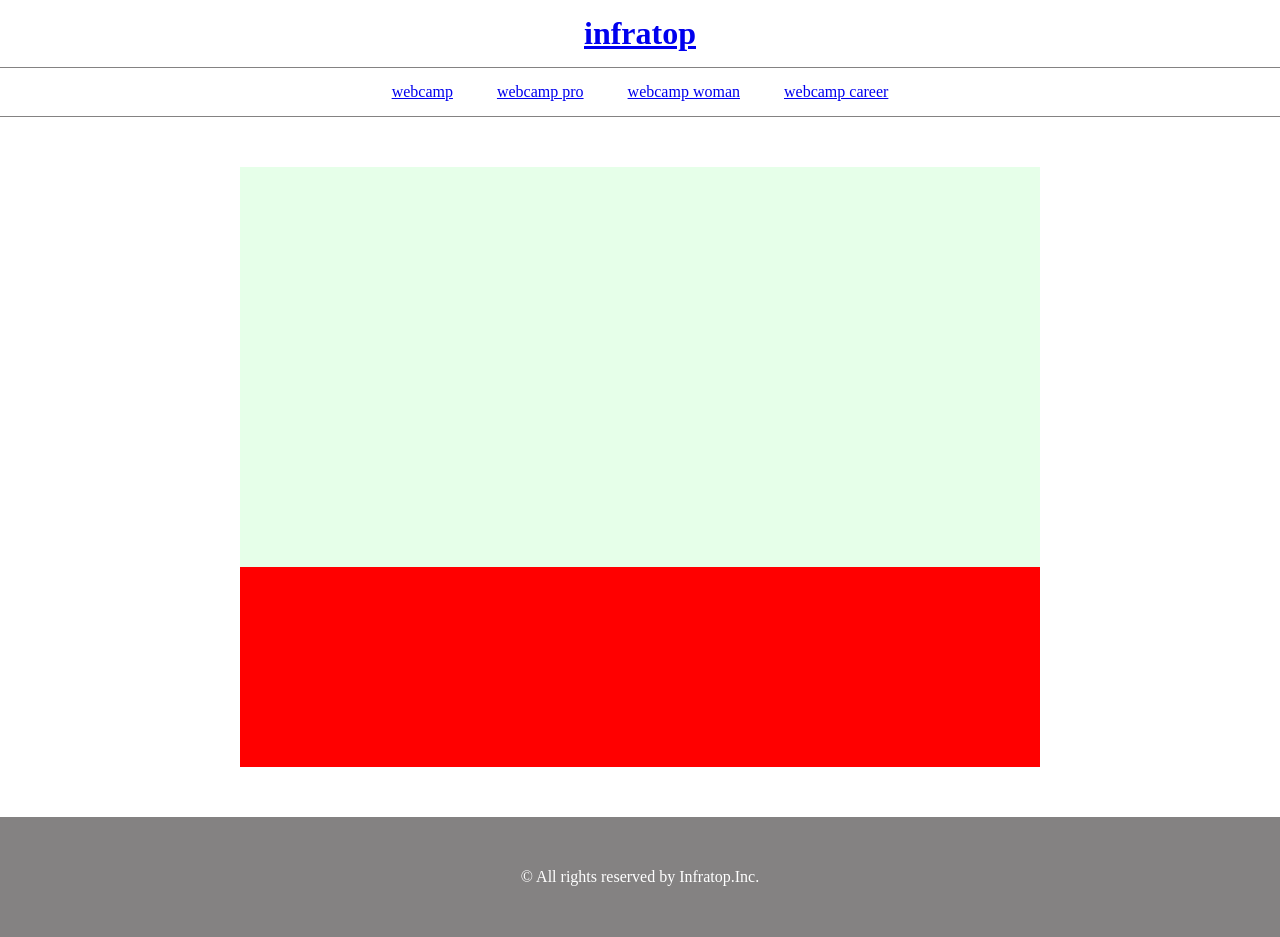
Repository: Nao002/practice
Page: html-practice5/index.html
The author's editor kept a record of every edit. The page is drawn from the files as they stood at one moment, then again after the next edit.
The browser window is 1280 px wide. The pictures show the whole page.

Above is the page before.

After the next edit:
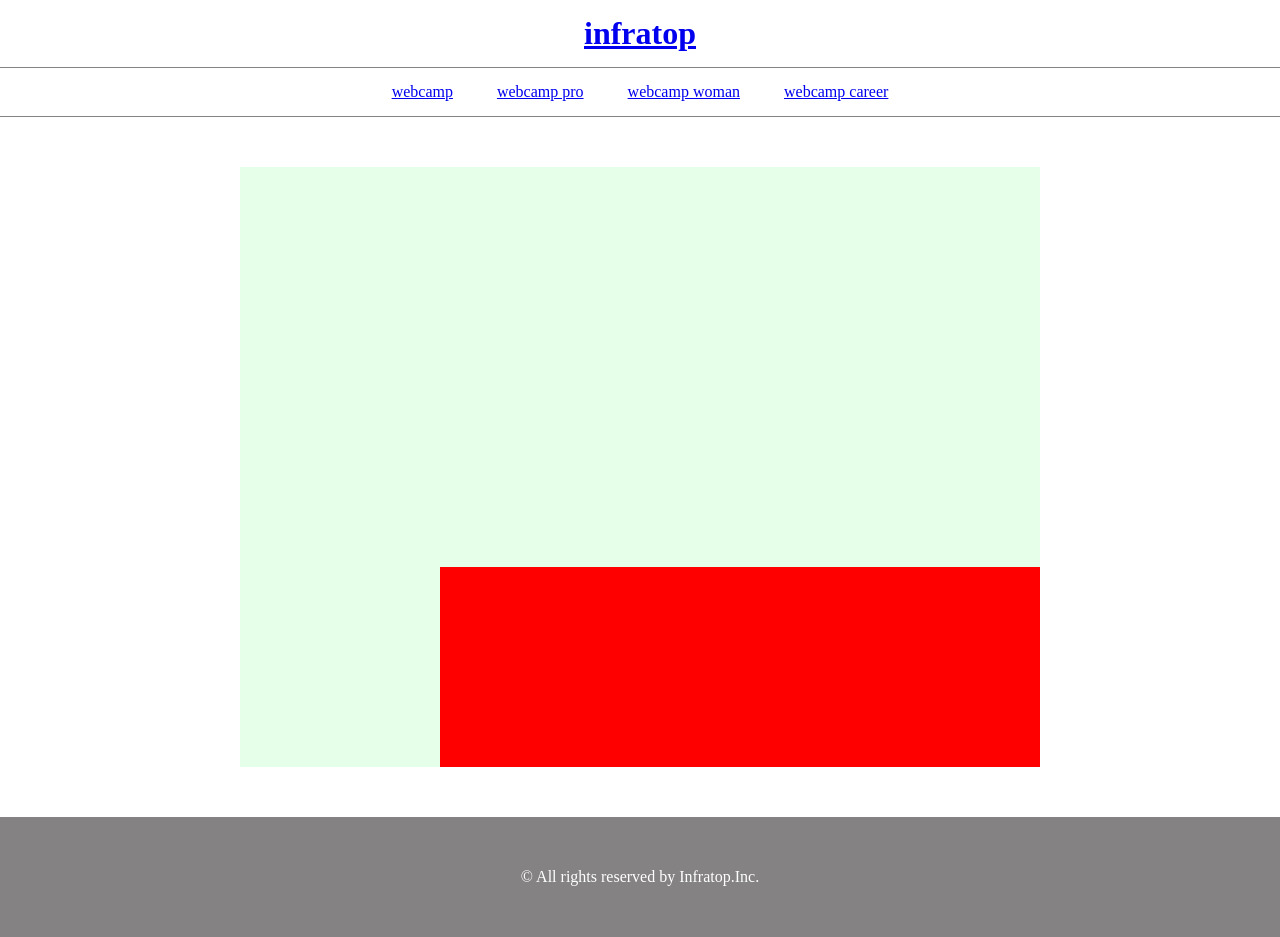
The edit:
--- a/html-practice5/style.css
+++ b/html-practice5/style.css
@@ -82,7 +82,7 @@
   background-color: #e6ffe9
 }
 
-.color1{
+.color9{
   background-color: #e6ffe9
 }
 
